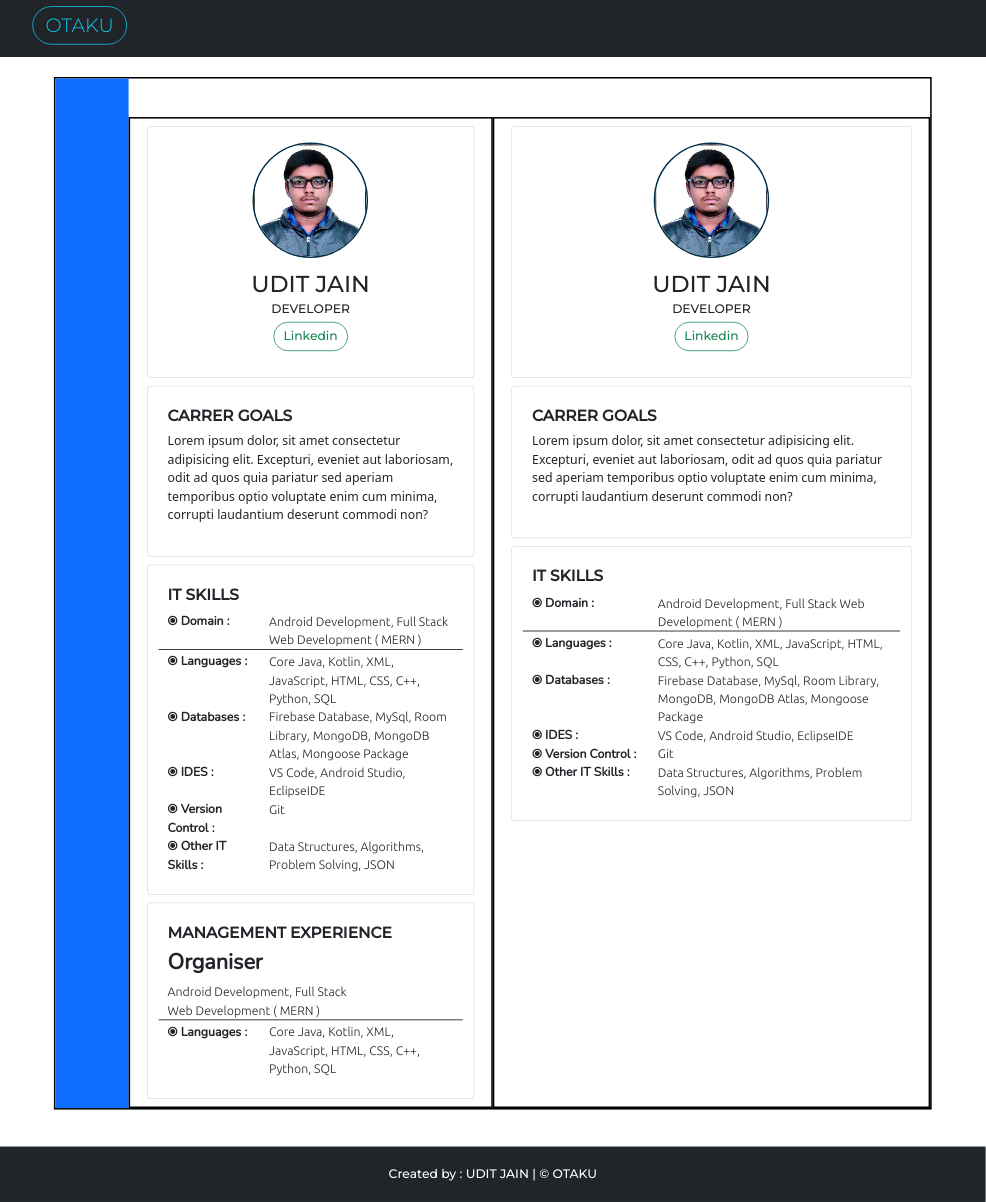
Repository: uditjain100/Responsive-Resume
Page: layouts/index.html
An editor plug-in stored every save of this project. The page is shown before and after the next save, followed by the edit.
The browser window is 1280 px wide. The pictures show the whole page, at 77% of full size.
Some web libraries are served in a nearby version.

Above is the page before, as saved 2021-03-01 15:03:55.

### layouts/index.html
<!DOCTYPE html>
<html lang="en">
  <head>
    <meta charset="UTF-8" />
    <meta http-equiv="X-UA-Compatible" content="IE=edge" />
    <meta name="viewport" content="width=device-width, initial-scale=1.0" />
    <title>Udit Jain</title>
    <link rel="stylesheet" href="app.css" />
    <link
      href="https://cdn.jsdelivr.net/npm/bootstrap@5.0.0-beta1/dist/css/bootstrap.min.css"
      rel="stylesheet"
      integrity="sha384-giJF6kkoqNQ00vy+HMDP7azOuL0xtbfIcaT9wjKHr8RbDVddVHyTfAAsrekwKmP1"
      crossorigin="anonymous"
    />

    <link rel="preconnect" href="https://fonts.gstatic.com" />
    <link
      href="https://fonts.googleapis.com/css2?family=Montserrat:wght@300;500&display=swap"
      rel="stylesheet"
    />
    <link
      href="https://fonts.googleapis.com/css2?family=Roboto+Slab:wght@300&display=swap"
      rel="stylesheet"
    />
    <link
      href="https://fonts.googleapis.com/css2?family=Spartan:wght@500&display=swap"
      rel="stylesheet"
    />
    <link
      href="https://fonts.googleapis.com/css2?family=Red+Hat+Display&display=swap"
      rel="stylesheet"
    />
    <link
      href="https://fonts.googleapis.com/css2?family=Ubuntu:wght@300&display=swap"
      rel="stylesheet"
    />
    <link
      href="https://fonts.googleapis.com/css2?family=Quicksand:wght@700&display=swap"
      rel="stylesheet"
    />
    <link
      href="https://fonts.googleapis.com/css2?family=Nunito&display=swap"
      rel="stylesheet"
    />
  </head>
  <body>
    <header class="header">
      <nav class="navbar navbar-expand-lg navbar-light bg-dark pb-3 fixed-top">
        <div class="container-fluid">
          <a
            id="navtitle"
            class="navbar-brand text-info px-3 rounded-pill border border-info"
            href="#"
            >OTAKU</a
          >
        </div>
      </nav>
    </header>

    <div class="container">
      <div id="wholewindow" class="row">
        <div class="col-1 bg-primary"></div>
        <div id="leftwindow" class="col-5">
          <div id="namebox" class="card">
            <img
              id="profileimg"
              src="profile.jpg"
              class="card-img-top"
              alt="..."
            />
            <div class="card-body">
              <h3 class="card-title" style="font-size: 30px; font-weight: 400">
                UDIT JAIN
              </h3>
              <h6 class="card-subtitle">DEVELOPER</h6>
              <a href="#" class="btn btn-outline-success rounded-pill m-2"
                >Linkedin</a
              >
            </div>
          </div>
          <div id="goalbox" class="card">
            <div class="card-body">
              <h3 class="card-title">CARRER GOALS</h3>
              <p>
                Lorem ipsum dolor, sit amet consectetur adipisicing elit.
                Excepturi, eveniet aut laboriosam, odit ad quos quia pariatur
                sed aperiam temporibus optio voluptate enim cum minima, corrupti
                laudantium deserunt commodi non?
              </p>
            </div>
          </div>
          <div id="itskillsbox" class="card">
            <div class="card-body">
              <h3 class="card-title">IT SKILLS</h3>
              <ul class="list-group">
                <li id="itskillsitem" class="row">
                  <span class="col-4" id="que">⦿ Domain : </span>
                  <span class="col-8" id="ans"
                    >Android Development, Full Stack Web Development ( MERN
                    )</span
                  >
                </li>
                <li id="skillsitem" class="row">
                  <span class="col-4" id="que">⦿ Languages : </span>
                  <span class="col-8" id="ans"
                    >Core Java, Kotlin, XML, JavaScript, HTML, CSS, C++, Python,
                    SQL</span
                  >
                </li>
                <li id="skillsitem" class="row">
                  <span class="col-4" id="que">⦿ Databases : </span>
                  <span class="col-8" id="ans"
                    >Firebase Database, MySql, Room Library, MongoDB, MongoDB
                    Atlas, Mongoose Package</span
                  >
                </li>
                <li id="skillsitem" class="row">
                  <span class="col-4" id="que">⦿ IDES : </span>
                  <span class="col-8" id="ans"
                    >VS Code, Android Studio, EclipseIDE</span
                  >
                </li>
                <li id="skillsitem" class="row">
                  <span class="col-4" id="que">⦿ Version Control : </span>
                  <span class="col-8" id="ans">Git</span>
                </li>
                <li id="skillsitem" class="row">
                  <span class="col-4" id="que">⦿ Other IT Skills : </span>
                  <span class="col-8" id="ans"
                    >Data Structures, Algorithms, Problem Solving, JSON</span
                  >
                </li>
              </ul>
            </div>
          </div>
          <div id="managementskillsbox" class="card">
            <div class="card-body">
              <h3 class="card-title">MANAGEMENT EXPERIENCE</h3>
              <ul class="list-group">
                <li id="itskillsitem" class="row">
                  <h3 id="que" class="display-10">Organiser</h3>
                  <span class="col-8" id="ans"
                    >Android Development, Full Stack Web Development ( MERN
                    )</span
                  >
                </li>
                <li id="skillsitem" class="row">
                  <span class="col-4" id="que">⦿ Languages : </span>
                  <span class="col-8" id="ans"
                    >Core Java, Kotlin, XML, JavaScript, HTML, CSS, C++, Python,
                    SQL</span
                  >
                </li>
              </ul>
            </div>
          </div>
        </div>
        <div id="rightwindow" class="col-6">
          <div id="namebox" class="card">
            <img
              id="profileimg"
              src="profile.jpg"
              class="card-img-top"
              alt="..."
            />
            <div class="card-body">
              <h3 class="card-title" style="font-size: 30px; font-weight: 400">
                UDIT JAIN
              </h3>
              <h6 class="card-subtitle">DEVELOPER</h6>
              <a href="#" class="btn btn-outline-success rounded-pill m-2"
                >Linkedin</a
              >
            </div>
          </div>
          <div id="goalbox" class="card">
            <div class="card-body">
              <h3 class="card-title">CARRER GOALS</h3>
              <p>
                Lorem ipsum dolor, sit amet consectetur adipisicing elit.
                Excepturi, eveniet aut laboriosam, odit ad quos quia pariatur
                sed aperiam temporibus optio voluptate enim cum minima, corrupti
                laudantium deserunt commodi non?
              </p>
            </div>
          </div>
          <div id="itskillsbox" class="card">
            <div class="card-body">
              <h3 class="card-title">IT SKILLS</h3>
              <ul class="list-group">
                <li id="itskillsitem" class="row">
                  <span class="col-4" id="que">⦿ Domain : </span>
                  <span class="col-8" id="ans"
                    >Android Development, Full Stack Web Development ( MERN
                    )</span
                  >
                </li>
                <li id="skillsitem" class="row">
                  <span class="col-4" id="que">⦿ Languages : </span>
                  <span class="col-8" id="ans"
                    >Core Java, Kotlin, XML, JavaScript, HTML, CSS, C++, Python,
                    SQL</span
                  >
                </li>
                <li id="skillsitem" class="row">
                  <span class="col-4" id="que">⦿ Databases : </span>
                  <span class="col-8" id="ans"
                    >Firebase Database, MySql, Room Library, MongoDB, MongoDB
                    Atlas, Mongoose Package</span
                  >
                </li>
                <li id="skillsitem" class="row">
                  <span class="col-4" id="que">⦿ IDES : </span>
                  <span class="col-8" id="ans"
                    >VS Code, Android Studio, EclipseIDE</span
                  >
                </li>
                <li id="skillsitem" class="row">
                  <span class="col-4" id="que">⦿ Version Control : </span>
                  <span class="col-8" id="ans">Git</span>
                </li>
                <li id="skillsitem" class="row">
                  <span class="col-4" id="que">⦿ Other IT Skills : </span>
                  <span class="col-8" id="ans"
                    >Data Structures, Algorithms, Problem Solving, JSON</span
                  >
                </li>
              </ul>
            </div>
          </div>
        </div>
      </div>
    </div>

    <footer class="footer bg-dark mt-5 py-4">
      <div class="container">
        <span class="" style="text-align: center"
          >Created by : UDIT JAIN | &copy; OTAKU</span
        >
      </div>
    </footer>

    <script
      src="https://cdn.jsdelivr.net/npm/@popperjs/core@2.6.0/dist/umd/popper.min.js"
      integrity="sha384-KsvD1yqQ1/1+IA7gi3P0tyJcT3vR+NdBTt13hSJ2lnve8agRGXTTyNaBYmCR/Nwi"
      crossorigin="anonymous"
    ></script>
    <script
      src="https://cdn.jsdelivr.net/npm/bootstrap@5.0.0-beta2/dist/js/bootstrap.min.js"
      integrity="sha384-nsg8ua9HAw1y0W1btsyWgBklPnCUAFLuTMS2G72MMONqmOymq585AcH49TLBQObG"
      crossorigin="anonymous"
    ></script>

    <script src="https://cdnjs.cloudflare.com/ajax/libs/typed.js/2.0.11/typed.min.js"></script>

    <script src="app.js"></script>
  </body>
</html>

### layouts/app.css
/* * Common Section */

@keyframes transitionIn {
  from {
    opacity: 0;
    transform: rotateY(-10deg);
  }
  to {
    opacity: 1;
    transform: rotateY(0);
  }
}

html {
  animation: transitionIn 1s;
}

/* * Navbar Section */

#navtitle {
  font-family: "Montserrat";
  font-size: 25px;
  font-weight: 300;
  margin-left: 30px;
}

#navlist li {
  font-family: "Montserrat";
  font-weight: 200;
  margin: 10px;
  padding: 10px;
  font-size: 20px;
  transition: 0.1s;
  display: flex;
  flex-direction: column-reverse;
  align-items: center;
}

#navlist li img {
  width: 30px;
  display: none;
  height: 30px;
  margin: 5px;
  border-radius: 50%;
}

#navlist li:hover {
  font-weight: 500;
  border-bottom-left-radius: 10%;
  border-bottom-right-radius: 10%;
  border-bottom: 2px white solid;
}

@media (max-width: 993px) {
  #navlist li img {
    display: flex;
    background-color: grey;
  }
}

/*  ********************* resume work */

#wholewindow {
  margin-top: 100px;
  border: 2px black solid;
  display: flex;
  flex-direction: row;
  flex-wrap: wrap;
  justify-content: space-evenly;
  /* align-items: center; */
}

#leftwindow,
#rightwindow {
  margin-top: 50px;
  border: 2px black solid;
  min-width: 400px;
}

#namebox {
  display: flex;
  flex-direction: column;
  flex-wrap: wrap;
  justify-content: space-evenly;
  align-items: center;
  text-align: center;
  font-family: "Montserrat";
}

#profileimg {
  width: 150px;
  height: 150px;
  border-radius: 50%;
  border: 2px #003049 solid;
  margin-top: 10px;
}

#itskillsitem {
  border-bottom: 1px black solid;
  margin-top: 3px;
  margin-bottom: 3px;
}

#que {
  font-family: "Nunito";
  font-weight: 900;
  text-align: left;
}

#ans {
  font-family: "Ubuntu";
  font-weight: 400;
  text-align: left;
}

.card {
  margin: 10px;
  padding: 10px;
}

.card-title {
  font-family: "Montserrat";
  font-weight: 900;
  font-size: 20px;
}

/* * Common Section */

.footer {
  position: -webkit-sticky;
  left: 0;
  bottom: 0;
  width: 100%;
  color: white;
  text-align: center;
  font-family: "Montserrat";
}

Loaded but not shown: layouts/app.js (no copy from this time; the picture is the same without it)

After the next save:
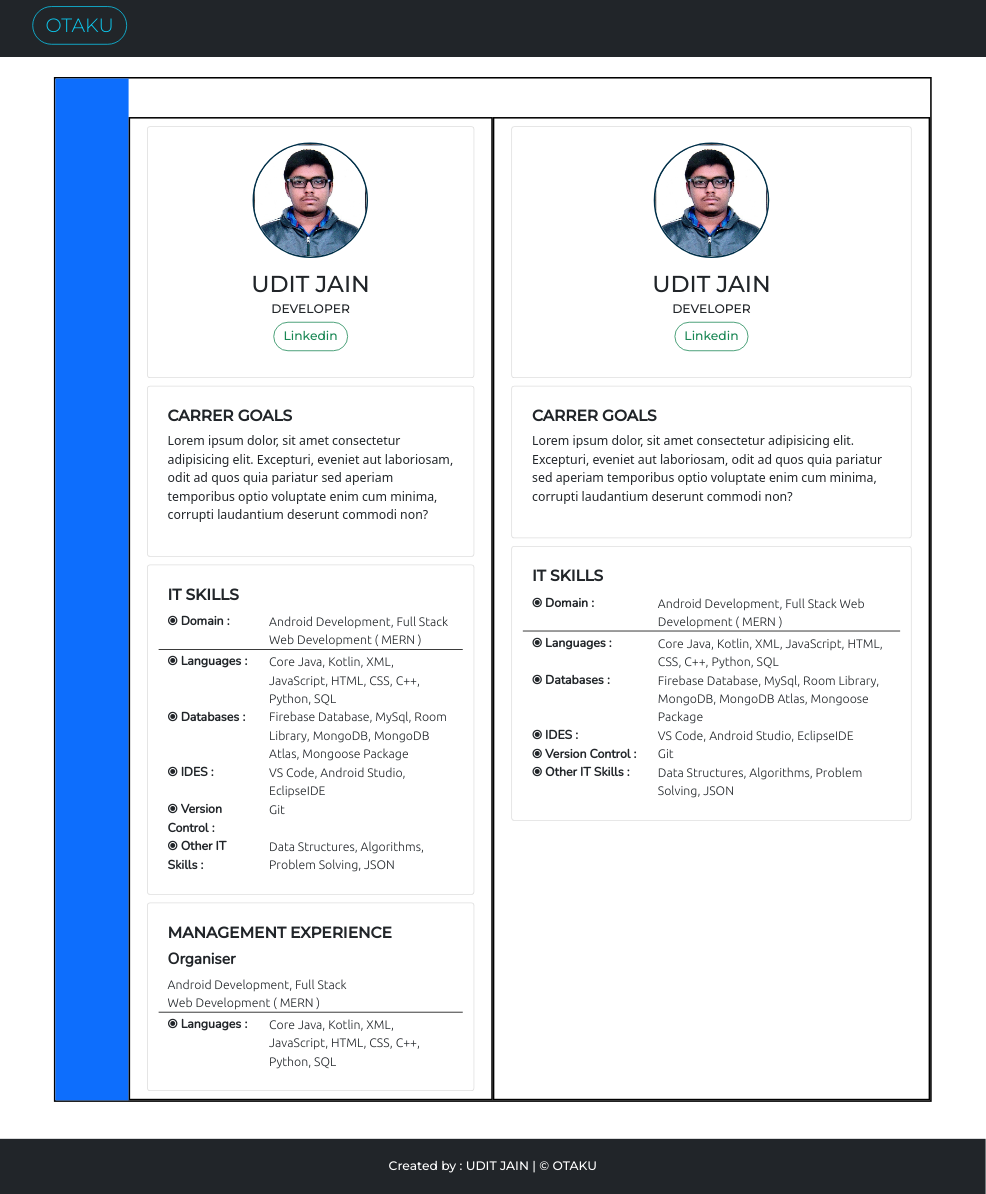
Saved 12 s later.
--- a/layouts/index.html
+++ b/layouts/index.html
@@ -138,7 +138,7 @@
               <h3 class="card-title">MANAGEMENT EXPERIENCE</h3>
               <ul class="list-group">
                 <li id="itskillsitem" class="row">
-                  <h3 id="que" class="display-10">Organiser</h3>
+                  <h5 id="que" class="display-10">Organiser</h5>
                   <span class="col-8" id="ans"
                     >Android Development, Full Stack Web Development ( MERN
                     )</span
